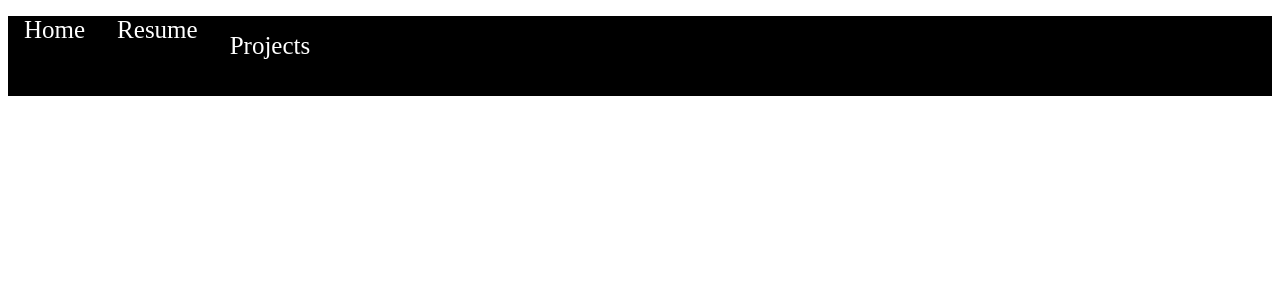
Repository: VidalLopez/VidalLopez.github.io
Page: index.html
The author's editor kept a record of every edit. The page is drawn from the files as they stood at one moment, then again after the next edit.
The browser window is 1280 px wide. The pictures show the whole page.

Above is the page before.

### index.html
<!DOCTYPE html>
<html>
<head>
<title>Home</title>
<style>
  .navbar {
    list-style:none;
    background-color:black;
    overflow:hidden;
    padding:0;
  }
  .navbar a, .dropdown div{
    text-decoration:none;
    color:white;
    font-size:25px;
    padding:16px;
    display:inline:block;
  }
  .navbar li {
    float: left;
  }
  .navbar li:hover {
    background-color:pink;
  }
  .dropdown {
    color:white;
  }
  .dropdowncontent {
    list-style:none;
    padding:0;
    display:none;
  }
  .dropdowncontent li {
    float:none;
  }
  .dropdown:hover .dropdowncontent{
    display:block;
  }
</style>
</head>
<body>
  <ul class="navbar">
    <li>
      <a href="index.html">Home</a>
    </li>
    <li>
      <a href="reume.html">Resume</a>
    </li>
    <li class="dropdown">
      <div class="more">Projects</div>
      <ul class="dropdowncontent">
        <li>
          <a href="#">Project 1</a>
        </li>
        <li>
          <a href="#">Project 2</a>
        </li>
        <li>
          <a href="#">Project 3</a>
        </li>
      </ul>
    </li>
    <h1>Home</h1>
  </ul>
</body>
</html>

After the next edit:
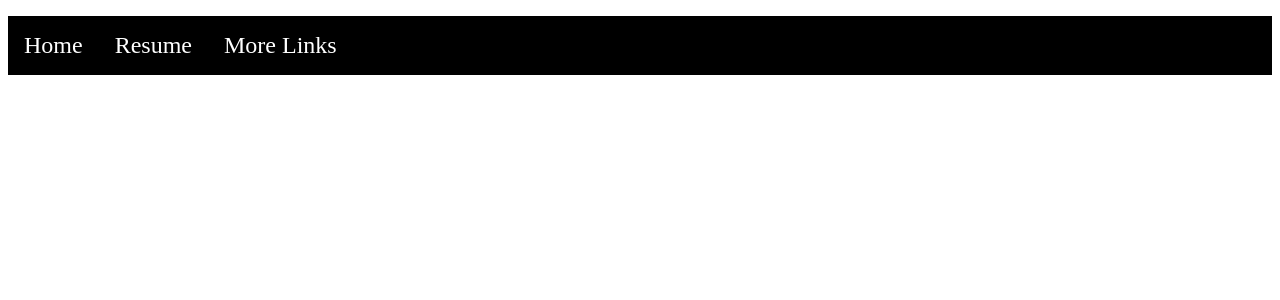
The edit:
--- a/index.html
+++ b/index.html
@@ -1,66 +1,64 @@
 <!DOCTYPE html>
 <html>
-<head>
-<title>Home</title>
-<style>
-  .navbar {
-    list-style:none;
-    background-color:black;
-    overflow:hidden;
-    padding:0;
-  }
-  .navbar a, .dropdown div{
-    text-decoration:none;
-    color:white;
-    font-size:25px;
-    padding:16px;
-    display:inline:block;
-  }
-  .navbar li {
-    float: left;
-  }
-  .navbar li:hover {
-    background-color:pink;
-  }
-  .dropdown {
-    color:white;
-  }
-  .dropdowncontent {
-    list-style:none;
-    padding:0;
-    display:none;
-  }
-  .dropdowncontent li {
-    float:none;
-  }
-  .dropdown:hover .dropdowncontent{
-    display:block;
-  }
-</style>
-</head>
-<body>
-  <ul class="navbar">
-    <li>
-      <a href="index.html">Home</a>
-    </li>
-    <li>
-      <a href="reume.html">Resume</a>
-    </li>
-    <li class="dropdown">
-      <div class="more">Projects</div>
-      <ul class="dropdowncontent">
-        <li>
-          <a href="#">Project 1</a>
-        </li>
-        <li>
-          <a href="#">Project 2</a>
-        </li>
-        <li>
-          <a href="#">Project 3</a>
-        </li>
-      </ul>
-    </li>
-    <h1>Home</h1>
-  </ul>
-</body>
+  <head>
+  <title>Home</title>
+  <style>
+
+    .navbar{
+      list-style: none;
+      background-color: black;
+      overflow: hidden;
+      padding: 0;
+    }
+
+    .navbar a, .dropdown div{
+      text-decoration: none;
+      color: white;
+      font-size: 24px;
+      padding: 16px;
+      display: inline-block;
+    }
+    .navbar li{
+      float: left;
+    }
+
+    .navbar li:hover{
+      background-color: pink;
+    }
+
+    .dropdown-content{
+      list-style: none;
+      padding: 0;
+      display: none;
+    }
+
+    .dropdown-content li{
+      float:none;
+    }
+
+    .dropdown:hover .dropdown-content{
+      display: block;
+    }
+
+  </style>
+
+  </head>
+  <body>
+    <ul class="navbar">
+      <li><a href="index.html">Home</a></li>
+      <li><a href="resume.html">Resume</a></li>
+      <li></li>
+      <li class = "dropdown">
+        <div>More Links</div>
+        <ul class="dropdown-content">
+          <li><a href="#">Project 1</a></li>
+          <li><a href="#">Project 2</a></li>
+          <li><a href="#">Project 3</a></li>
+        </ul>
+      </li>
+
+    </ul>
+
+
+  </body>
 </html>
